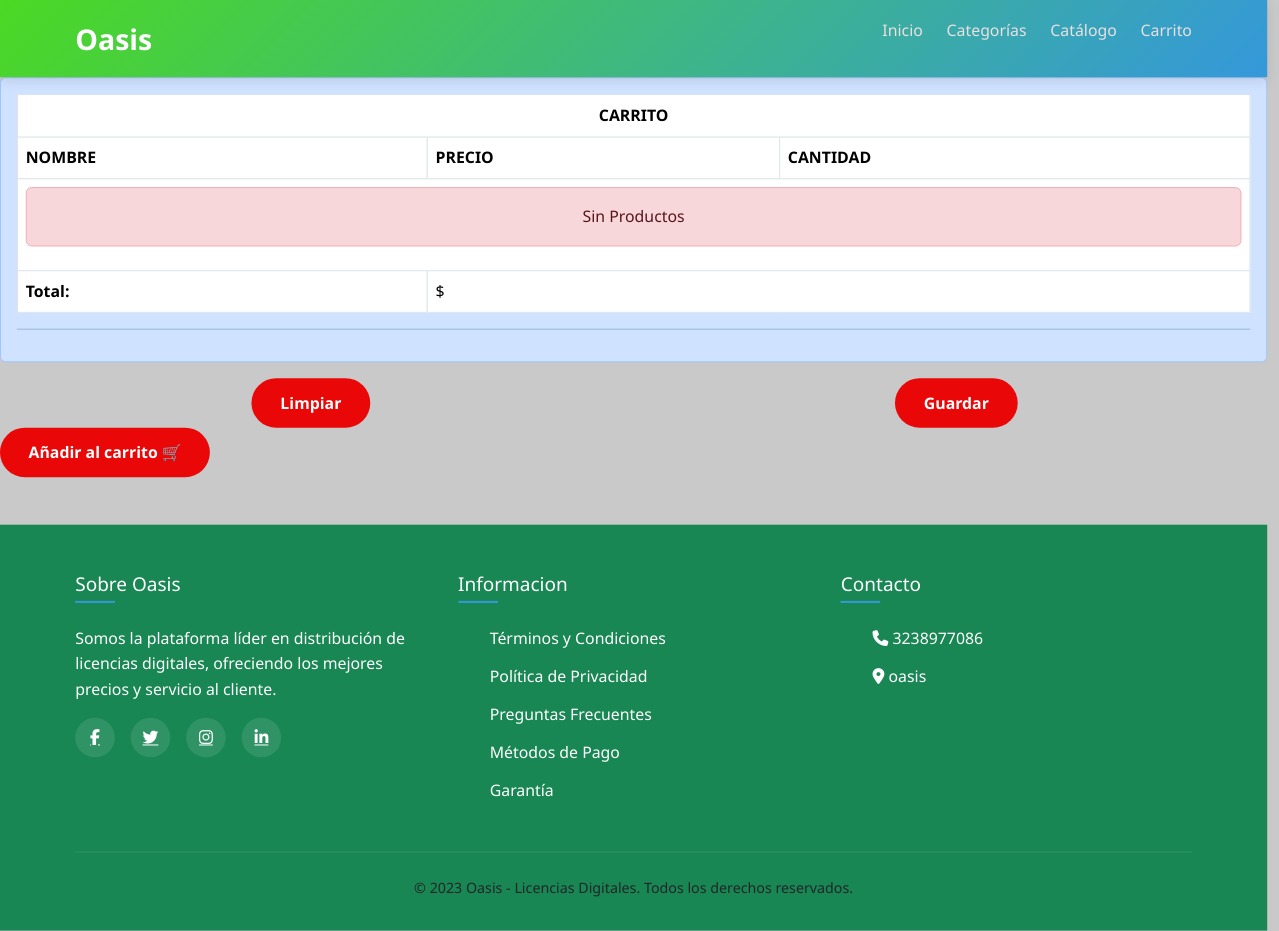
Repository: chicharo2025/oasis
Page: http://localhost/carrito/
The author's editor kept a copy of each file at every save. The page is drawn from the files as they stood at one save, then again after the next save.
The browser window is 1280 px wide. The page is 1292 px wide, so the pictures cover 1292 px, including what lies to the right of the window. The pictures show the whole page, at 99% of full size.
The page is served by the project's application, run on Django 5.2 (django_techstore/manage.py). Other server files are loaded and not shown.

Above is the page before, as saved 2025-04-18 15:27:53.

### django_techstore/productos/templates/productos/carrito.html
{% load static %}
{% include "productos/menu.html" %}


<div class="alert alert-primary" role="alert">
  <table class="table table-bordered">
    <thead>
      <tr>
        <th scope="row" colspan="3" class="text-center">CARRITO</th>
      </tr>
      <tr>
        <th scope="col">NOMBRE</th>
        <th scope="col">PRECIO</th>
        <th scope="col">CANTIDAD</th>
      </tr>
    </thead>
    <tbody>
    {% if request.session.carrito.items %}
    {% for key, value in request.session.carrito.items %}
      <tr>
        <td>{{value.nombre}}</td>
        <td>{{value.precio}}</td>
        <td>{{value.acumulado}}
          <a href="{% url 'Add' value.producto_id %}" class="badge btn btn-dark badge-dark">+</a>
          <a href="{% url 'Sub' value.producto_id %}" class="badge btn btn-dark badge-dark">-</a>
        </td>
      </tr>
    {% endfor %}
    {% else %}
    <tr>
        <td colspan="3">
            <div class="alert alert-danger text-center"> Sin Productos </div>
        </td>
    </tr>
    {% endif %}
      <tr>
        <th scope="row">Total:</th>
        <td colspan="2">$ {{total_carrito}}</td>
      </tr>
    </tbody>
  </table>
  <hr>
  </div>
  <div class="row text-center">
      <div class="col-6"><a href="{% url 'carrito' %}" class="btn btn-danger">Limpiar</a></div>
      <div class="col-6"><a href="#" class="btn btn-success">Guardar</a></div>
  </div>

  <form method="post" action="{% url 'carrito' %}">
    {% csrf_token %}
    <button type="submit" class="btn btn-success">Añadir al carrito 🛒</button>
</form>

{% include "productos/footer.html" %}

### django_techstore/productos/templates/productos/menu.html

{% load static %}

<!DOCTYPE html>
<html lang="es">
<head>
    <meta charset="UTF-8">
    <title>OASIS</title>
    <link href="https://cdn.jsdelivr.net/npm/bootstrap@5.3.3/dist/css/bootstrap.min.css" rel="stylesheet">
    <link rel="stylesheet" href="https://cdnjs.cloudflare.com/ajax/libs/font-awesome/6.5.0/css/all.min.css">
    <link rel="stylesheet" href="{% static 'css/styles.css' %}">
  </head>
  <body>
    <header>
        <div class="container">
            <div class="header-content">
                <div class="logo">
                    <a href="{% url 'index' %}" class="logo-text">Oasis</a>
                </div>
                <nav>
                    <ul>
                        <li><a href="{% url 'index' %}">Inicio</a></li>
                        <li><a href="{% url 'categoria' %}">Categorías</a></li>
                        <li><a href="{% url 'catalogo' %}">Catálogo</a></li>
                        <li><a href="{% url 'carrito' %}">Carrito</a></li>
                    </ul>
                </nav>
            </div>
        </div>
    </header>
</body>


<script src="https://cdn.jsdelivr.net/npm/bootstrap@5.3.3/dist/js/bootstrap.bundle.min.js"></script>

### django_techstore/productos/templates/productos/footer.html
    <!-- Footer -->
    <footer class="bg-success text-white mt-5">
        <div class="container">
            <div class="footer-content">
                <div class="footer-column">
                    <h3>Sobre Oasis</h3>
                    <p>Somos la plataforma líder en distribución de licencias digitales, ofreciendo los mejores precios y servicio al cliente.</p>

                    <div class="social-links">
                        <a href="#"><i class="fab fa-facebook-f"></i></a>
                        <a href="#"><i class="fab fa-twitter"></i></a>
                        <a href="#"><i class="fab fa-instagram"></i></a>
                        <a href="#"><i class="fab fa-linkedin-in"></i></a>
                    </div>
                </div>

                <div class="footer-column">
                    <h3>Informacion</h3>
                    <ul>

                        <li><i></i>Términos y Condiciones </li>
                        <li><i></i>Política de Privacidad </li>
                        <li><i></i>Preguntas Frecuentes </li>
                        <li><i></i> Métodos de Pago</li>
                        <li><i></i>Garantía</li>
                    </ul>
                </div>

                <div class="footer-column">
                    <h3>Contacto</h3>
                    <ul>
                        <li><i class="fas fa-phone"></i> 3238977086</li>
                        <li><i class="fas fa-map-marker-alt"></i> oasis</li>
                    </ul>
                </div>
            </div>

            <div class="footer-bottom text-dark">
                <p>&copy; 2023 Oasis - Licencias Digitales. Todos los derechos reservados.</p>
            </div>
        </div>
    </footer>

### django_techstore/productos/views.py
from django.shortcuts import render, HttpResponse, redirect
from .models import Producto, Categoria,Carrito



def index(request):
    categorias = Categoria.objects.all()
    productos_oferta = Producto.objects.filter(en_oferta=True)
    productos = Producto.objects.filter(destacado=True)[:4]  # Limita a 4 productos
    return render(request, 'productos/index.html', {
        'categorias': categorias,
        'productos_oferta': productos_oferta,
        'productos': productos,
    })

def detalle_producto(request):
    producto = Producto.objects.filter().first()
    return render(request, 'productos/detalle.html', {'producto': producto})



def categorias(request):
    producto = Producto.objects.all()
    return render(request, 'productos/categoria.html', {'productos': producto,})


def catalogo(request):
    productos = Producto.objects.all()
    return render(request, 'productos/catalogo.html', {'productos': productos,})

def carrito(request):
    productos = Producto.objects.all()
    return render(request, 'productos/carrito.html', {'productos': productos,})

def añadir_al_carrito(request, producto_id):
    carrito = Carrito(request)
    producto = Producto.objects.get(id=producto_id)
    carrito.agregar(producto)
    return redirect("carrito")

### django_techstore/django_techstore/urls.py
from django.contrib import admin
from django.urls import path
from django.conf import settings
from django.conf.urls.static import static
from django.contrib import admin
from django.urls import path, include

urlpatterns = [
    path('admin/', admin.site.urls),
    path('', include('productos.urls')),
]+ static(settings.MEDIA_URL, document_root=settings.MEDIA_ROOT)

### django_techstore/productos/urls.py
from django.urls import path
from .views import index, detalle_producto,catalogo,categorias,carrito,añadir_al_carrito
from django.conf.urls.static import static
from django.conf import settings

urlpatterns = [
    path('', view=index, name='index'),
    path('producto/', detalle_producto, name='detalle_producto'),
    path('categoria/', categorias, name='categoria'),
    path('catalogo/', catalogo, name='catalogo'),
    path('carrito/', carrito, name="carrito"),
    path('carrito/', añadir_al_carrito, name='añadir_al_carrito'),
]+ static(settings.MEDIA_URL, document_root=settings.MEDIA_ROOT)

### django_techstore/static/css/styles.css

:root {
    --primary: #4bd923;
    --secondary: #3498db;
    --accent: #e90707;
    --light: #20aed2;
    --dark: #0e0c0b;
    --success: #2ecc71;
}

* {
    margin: 0;
    padding: 0;
    box-sizing: border-box;
    font-family: 'Segoe UI', Tahoma, Geneva, Verdana, sans-serif;
}

body {
    background-color: #c9c9c9;
    color: #333;
    line-height: 1.6;
}

/* Header Styles */
header {
    background: linear-gradient(135deg, var(--primary), var(--secondary));
    color: white;
    padding: 1rem 0;
    box-shadow: 0 4px 12px rgba(0, 0, 0, 0.1);
    position: sticky;
    top: 0;
    z-index: 1000;
}
.logo-text {
    text-decoration: none;
    color: var(--white); /* por ejemplo, tu color celeste */
}

.container {
    width: 90%;
    max-width: 1200px;
    margin: 0 auto;
}

.header-content {
    display: flex;
    justify-content: space-between;
    align-items: center;
}

.logo {
    font-size: 1.8rem;
    font-weight: 700;
    display: flex;
    align-items: center;
}

.logo i {
    color: var(--accent);
    margin-right: 10px;
}

/* Navigation */
nav ul {
    display: flex;
    list-style: none;
}

nav ul li {
    margin-left: 1.5rem;
    position: relative;
}

nav ul li a {
    color: rgb(233, 224, 224);
    text-decoration: none;
    font-weight: 500;
    transition: all 0.3s ease;
    padding: 0.5rem 0;
    position: relative;
}

nav ul li a:hover {
    color: var(--accent);
}

nav ul li a::after {
    content: '';
    position: absolute;
    bottom: 0;
    left: 0;
    width: 0;
    height: 2px;
    background-color: var(--accent);
    transition: width 0.3s ease;
}

nav ul li a:hover::after {
    width: 100%;
}

.cart-icon {
    position: relative;
}

.cart-count {
    position: absolute;
    top: -8px;
    right: -8px;
    background-color: var(--accent);
    color: white;
    border-radius: 50%;
    width: 18px;
    height: 18px;
    display: flex;
    justify-content: center;
    align-items: center;
    font-size: 0.7rem;
    font-weight: bold;
}

/* Search Bar */
.search-container {
    display: flex;
    margin: 1.5rem auto;
    max-width: 600px;
}

.search-bar {
    flex: 1;
    padding: 0.8rem 1rem;
    border: none;
    border-radius: 30px 0 0 30px;
    font-size: 1rem;
    box-shadow: 0 2px 10px rgba(0, 0, 0, 0.1);
}

.search-btn {
    background-color: var(--secondary);
    color: white;
    border: none;
    padding: 0 1.5rem;
    border-radius: 0 30px 30px 0;
    cursor: pointer;
    transition: background-color 0.3s;
}

.search-btn:hover {
    background-color: var(--primary);
}

/* Hero Section */
.hero {
    background: linear-gradient(rgba(0, 0, 0, 0.7), rgba(0, 0, 0, 0.7)), url('https://images.unsplash.com/photo-1580828343064-fde4fc206bc6?ixlib=rb-1.2.1&auto=format&fit=crop&w=1350&q=80') no-repeat center center/cover;
    height: 400px;
    display: flex;
    align-items: center;
    text-align: center;
    color: white;
    margin-bottom: 2rem;
}

.hero-content {
    max-width: 800px;
    margin: 0 auto;
}

.hero h1 {
    font-size: 2.5rem;
    margin-bottom: 1rem;
    animation: fadeInDown 1s ease;
}

.hero p {
    font-size: 1.2rem;
    margin-bottom: 1.5rem;
    animation: fadeInUp 1s ease;
}

.btn {
    display: inline-block;
    background-color: var(--accent);
    color: white;
    padding: 0.8rem 1.8rem;
    border-radius: 30px;
    text-decoration: none;
    font-weight: 600;
    transition: all 0.3s ease;
    border: none;
    cursor: pointer;
    animation: fadeIn 1.5s ease;
}

.btn:hover {
    background-color: #c0392b;
    transform: translateY(-3px);
    box-shadow: 0 10px 20px rgba(0, 0, 0, 0.2);
}

/* Categories Section */
.section-title {
    text-align: center;
    margin: 2rem 0;
    font-size: 2rem;
    color: var(--primary);
    position: relative;
}

.section-title::after {
    content: '';
    display: block;
    width: 80px;
    height: 4px;
    background-color: var(--secondary);
    margin: 0.5rem auto;
}

.categories {
    display: grid;
    grid-template-columns: repeat(auto-fit, minmax(250px, 1fr));
    gap: 1.5rem;
    margin-bottom: 3rem;
}

.category-card {
    background-color: white;
    border-radius: 10px;
    overflow: hidden;
    box-shadow: 0 5px 15px rgba(0, 0, 0, 0.1);
    transition: all 0.3s ease;
    cursor: pointer;
}

.category-card:hover {
    transform: translateY(-10px);
    box-shadow: 0 15px 30px rgba(0, 0, 0, 0.2);
}

.category-img {
    height: 150px;
    overflow: hidden;
}

.category-img img {
    width: 100%;
    height: 100%;
    object-fit: cover;
    transition: transform 0.5s ease;
}

.category-card:hover .category-img img {
    transform: scale(1.1);
}

.category-info {
    padding: 1.5rem;
    text-align: center;
}

.category-info h3 {
    margin-bottom: 0.5rem;
    color: var(--primary);
}

/* Products Section */
.productos {
    display: grid;
    grid-template-columns: repeat(auto-fit, minmax(280px, 1fr));
    gap: 2rem;
    margin-bottom: 3rem;
}

.product-card {
    background-color: white;
    border-radius: 10px;
    overflow: hidden;
    box-shadow: 0 5px 15px rgba(0, 0, 0, 0.1);
    transition: all 0.3s ease;
    position: relative;
}

.product-card:hover {
    transform: translateY(-5px);
    box-shadow: 0 10px 25px rgba(0, 0, 0, 0.15);
}

.product-badge {
    position: absolute;
    top: 10px;
    right: 10px;
    background-color: var(--accent);
    color: white;
    padding: 0.3rem 0.6rem;
    border-radius: 20px;
    font-size: 0.8rem;
    font-weight: bold;
}

.product-img {
    height: 180px;
    overflow: hidden;
    border-bottom: 1px solid #eee;
}

.product-img img {
    width: 100%;
    height: 100%;
    object-fit: contain;
    padding: 1rem;
    transition: transform 0.5s ease;
}

.product-card:hover .product-img img {
    transform: scale(1.05);
}

.product-info {
    padding: 1.5rem;
}

.product-info h3 {
    margin-bottom: 0.5rem;
    color: var(--primary);
}

.product-price {
    display: flex;
    justify-content: space-between;
    align-items: center;
    margin-top: 1rem;
}

.price {
    font-weight: bold;
    font-size: 1.2rem;
    color: var(--secondary);
}

.old-price {
    text-decoration: line-through;
    color: #999;
    font-size: 0.9rem;
    margin-right: 0.5rem;
}

.add-to-cart {
    background-color: var(--primary);
    color: white;
    border: none;
    padding: 0.5rem 1rem;
    border-radius: 5px;
    cursor: pointer;
    transition: all 0.3s ease;
}

.add-to-cart:hover {
    background-color: var(--secondary);
}

/* Offers Section */
.offers {
    margin-bottom: 3rem;
}

.offer-banner {
    background: linear-gradient(135deg, var(--secondary), var(--primary));
    color: white;
    padding: 2rem;
    border-radius: 10px;
    text-align: center;
    margin-bottom: 2rem;
    position: relative;
    overflow: hidden;
}

.offer-banner::before {
    content: '';
    position: absolute;
    top: -50%;
    left: -50%;
    width: 200%;
    height: 200%;
    background: radial-gradient(circle, rgba(255,255,255,0.1) 0%, rgba(255,255,255,0) 70%);
    animation: pulse 6s infinite linear;
}

.offer-banner h2 {
    font-size: 2rem;
    margin-bottom: 1rem;
    position: relative;
}

.offer-banner p {
    font-size: 1.2rem;
    margin-bottom: 1.5rem;
    position: relative;
}

.timer {
    display: flex;
    justify-content: center;
    gap: 1rem;
    margin-bottom: 1.5rem;
    position: relative;
}

.timer-item {
    background-color: rgba(255, 255, 255, 0.2);
    padding: 0.5rem 1rem;
    border-radius: 5px;
    min-width: 60px;
}

.timer-item span:first-child {
    font-size: 1.5rem;
    font-weight: bold;
    display: block;
}

.timer-item span:last-child {
    font-size: 0.8rem;
    text-transform: uppercase;
}

/* Footer */
footer {
    background-color: var(--dark);
    color: white;
    padding: 3rem 0 1rem;
}

.footer-content {
    display: grid;
    grid-template-columns: repeat(auto-fit, minmax(200px, 1fr));
    gap: 2rem;
    margin-bottom: 2rem;
}

.footer-column h3 {
    font-size: 1.2rem;
    margin-bottom: 1.5rem;
    position: relative;
    padding-bottom: 0.5rem;
}

.footer-column h3::after {
    content: '';
    position: absolute;
    bottom: 0;
    left: 0;
    width: 40px;
    height: 2px;
    background-color: var(--secondary);
}

.footer-column ul {
    list-style: none;
}

.footer-column ul li {
    margin-bottom: 0.8rem;
}

.footer-column ul li a {
    color: #bbb;
    text-decoration: none;
    transition: color 0.3s ease;
}

.footer-column ul li a:hover {
    color: var(--secondary);
}

.social-links {
    display: flex;
    gap: 1rem;
}

.social-links a {
    color: white;
    background-color: rgba(255, 255, 255, 0.1);
    width: 40px;
    height: 40px;
    border-radius: 50%;
    display: flex;
    justify-content: center;
    align-items: center;
    transition: all 0.3s ease;
}

.social-links a:hover {
    background-color: var(--secondary);
    transform: translateY(-3px);
}

.footer-bottom {
    text-align: center;
    padding-top: 1.5rem;
    border-top: 1px solid rgba(255, 255, 255, 0.1);
    color: #bbb;
    font-size: 0.9rem;
}

/* Animations */
@keyframes fadeIn {
    from { opacity: 0; }
    to { opacity: 1; }
}

@keyframes fadeInDown {
    from {
        opacity: 0;
        transform: translateY(-20px);
    }
    to {
        opacity: 1;
        transform: translateY(0);
    }
}

@keyframes fadeInUp {
    from {
        opacity: 0;
        transform: translateY(20px);
    }
    to {
        opacity: 1;
        transform: translateY(0);
    }
}

@keyframes pulse {
    0% { transform: rotate(0deg); }
    100% { transform: rotate(360deg); }
}

/* Responsive Design */
@media (max-width: 768px) {
    .header-content {
        flex-direction: column;
        text-align: center;
    }

    nav ul {
        margin-top: 1rem;
        flex-wrap: wrap;
        justify-content: center;
    }

    nav ul li {
        margin: 0.5rem;
    }

    .hero h1 {
        font-size: 2rem;
    }

    .hero p {
        font-size: 1rem;
    }
}


.category-card {
    min-width: 200px;
    border: 1px solid #ccc;
    border-radius: 8px;
    padding: 10px;
    text-align: center;
}
.category-img img {
    width: 100%;
    height: auto;
    border-radius: 4px;
}

After the next save:
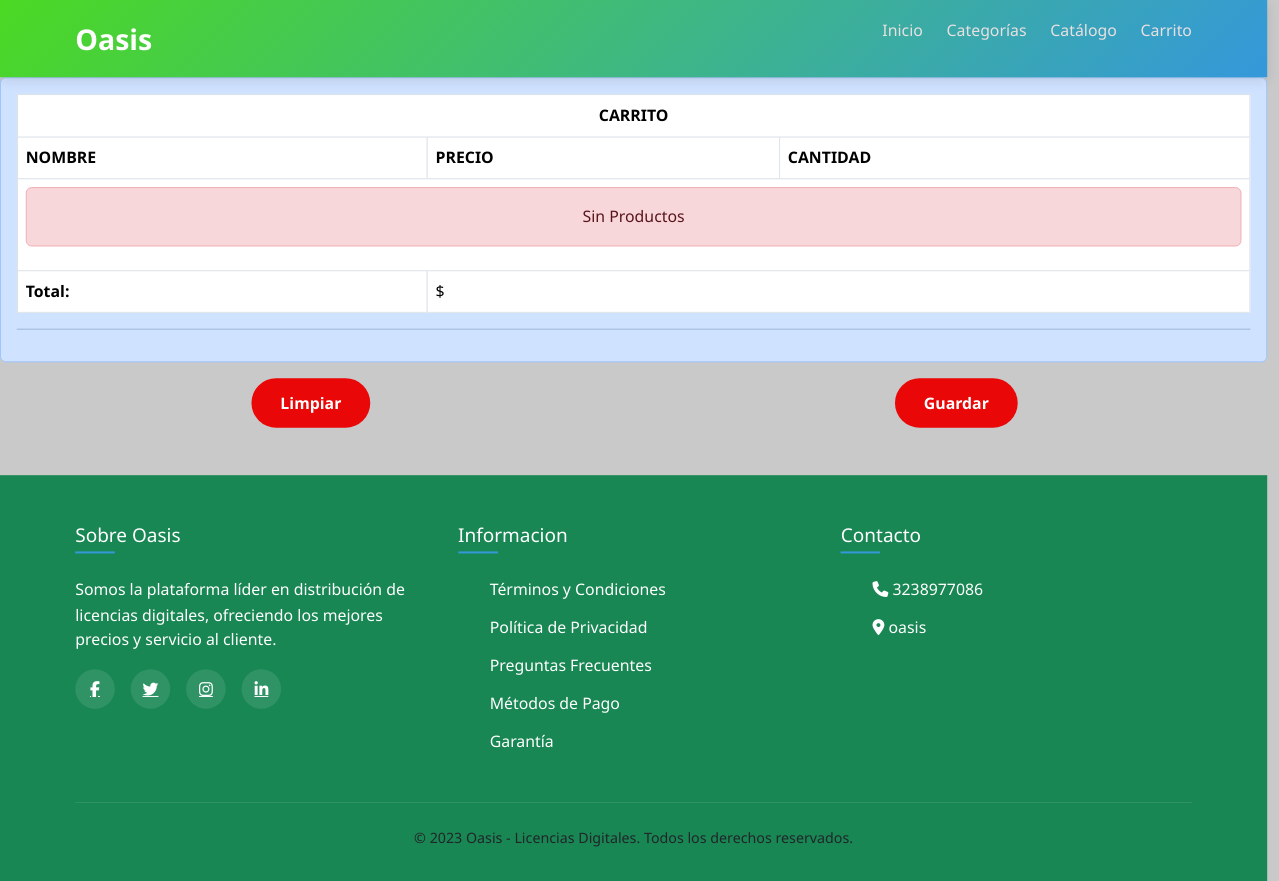
Saved 42 s later.
--- a/django_techstore/productos/templates/productos/carrito.html
+++ b/django_techstore/productos/templates/productos/carrito.html
@@ -46,9 +46,6 @@
       <div class="col-6"><a href="#" class="btn btn-success">Guardar</a></div>
   </div>
 
-  <form method="post" action="{% url 'carrito' %}">
-    {% csrf_token %}
-    <button type="submit" class="btn btn-success">Añadir al carrito 🛒</button>
-</form>
+
 
 {% include "productos/footer.html" %}
